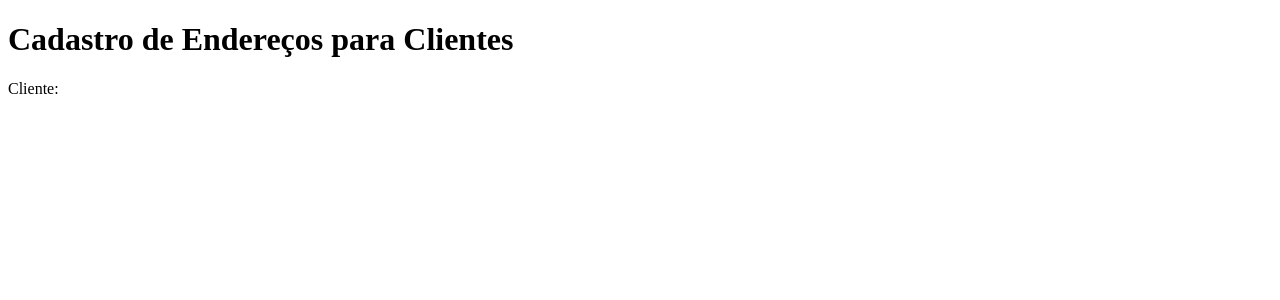
Repository: kelvincarvalho/Desenvolvimento_Java
Page: http://localhost/02_VendasJPA/cadEnderecos.jsp
These files come from the project's save history. The page is drawn as it stood at one moment and after the next save; the edit follows.
The browser window is 1280 px wide. The pictures show the whole page.
The page is served by Tomcat 9. Other server files are loaded and not shown.

Above is the page before, as saved 2017-09-26 20:14:16.

### Modulo03/02_VendasJPA/WebContent/cadEnderecos.jsp

<!DOCTYPE html>
<html>
<head>
<meta charset="UTF-8">
<title>Cadastro de Enderecos</title>
</head>
<body>
	<h1>Cadastro de Endereços para Clientes</h1>
	<form action ="">
		<label>Cliente: </label>
	</form>

</body>
</html>

After the next save:
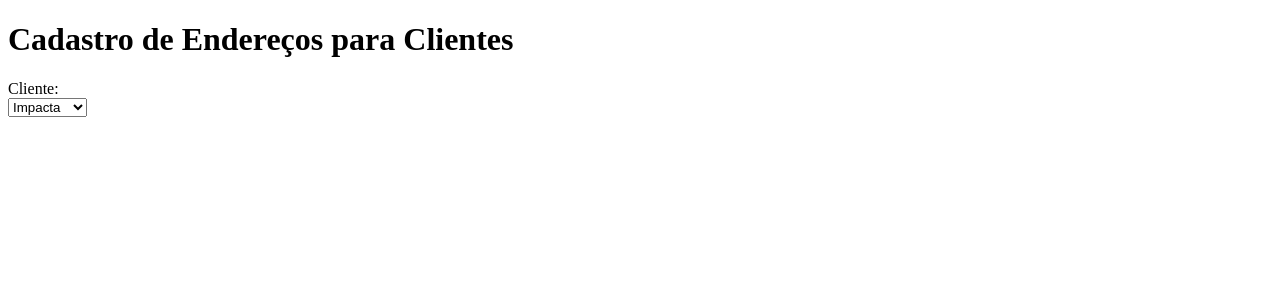
Saved 108 s later.
--- a/Modulo03/02_VendasJPA/WebContent/cadEnderecos.jsp
+++ b/Modulo03/02_VendasJPA/WebContent/cadEnderecos.jsp
@@ -8,7 +8,13 @@
 <body>
 	<h1>Cadastro de Endereços para Clientes</h1>
 	<form action ="">
-		<label>Cliente: </label>
+		<label>Cliente: </label><br/>
+
+		<select name="cliente">
+			<option value="1">Impacta</option>
+			<option value="2">Senior</option>
+			<option value="3">Shopping</option>
+		</select>
 	</form>
 
 </body>
